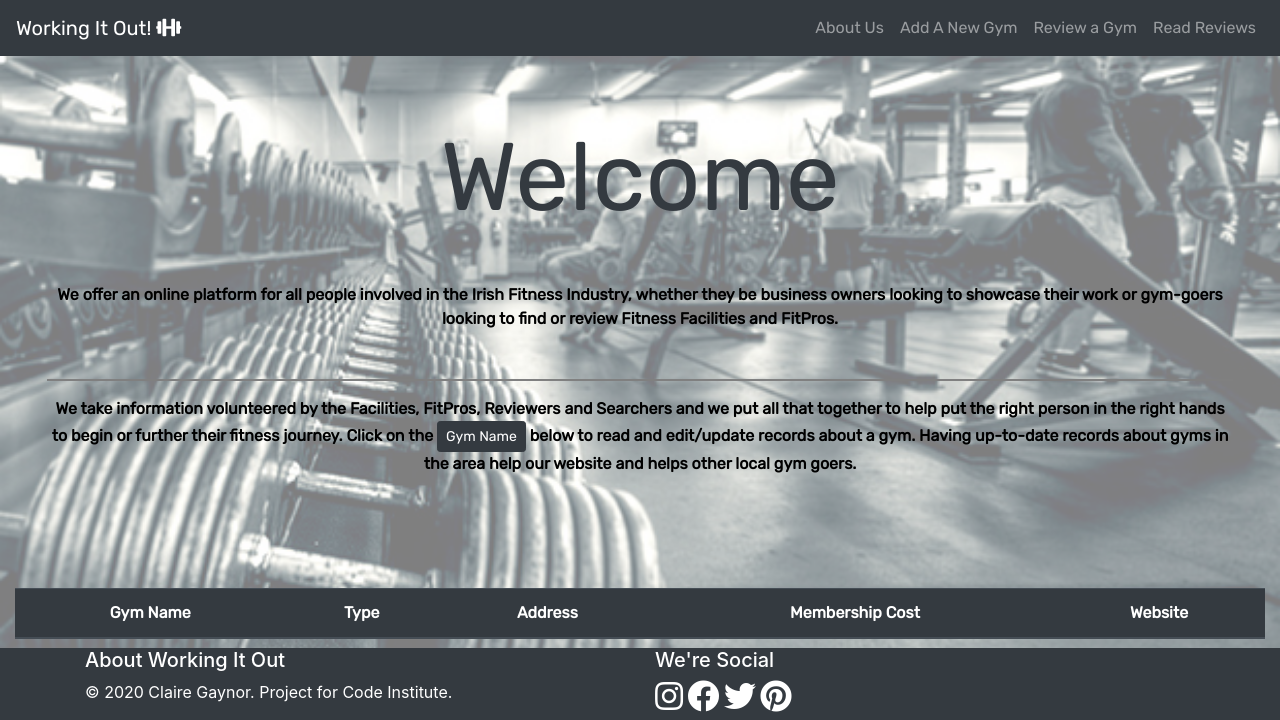
Repository: cgaynor91/Working_It_Out
Page: http://localhost/
The author's editor kept a record of every edit. The page is drawn from the files as they stood at one moment, then again after the next edit.
The browser window is 1280 px wide. The pictures show the whole page.
Some web libraries are served in a nearby version. The page is served by the project's application, run on Flask 3 (app.py). Queries for data that is not in the repository find no rows.

Above is the page before.

After the next edit:
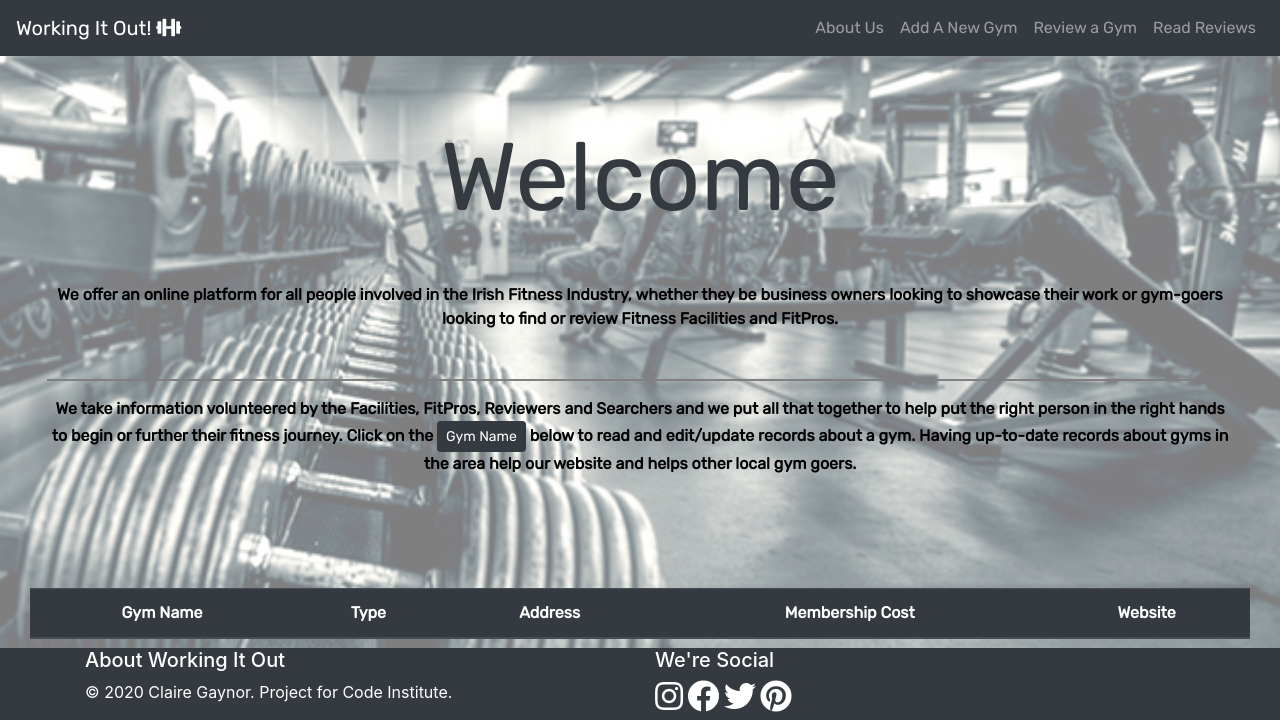
The edit:
--- a/templates/home.html
+++ b/templates/home.html
@@ -18,7 +18,7 @@
 
 
  <!-- Table of Gym Data -->
- <div class="row justify-content-center">
+
   <div class="col-12 col-md-8 table-responsive table-data">
    <table class="table table-hover">
     <thead class="thead-dark">
